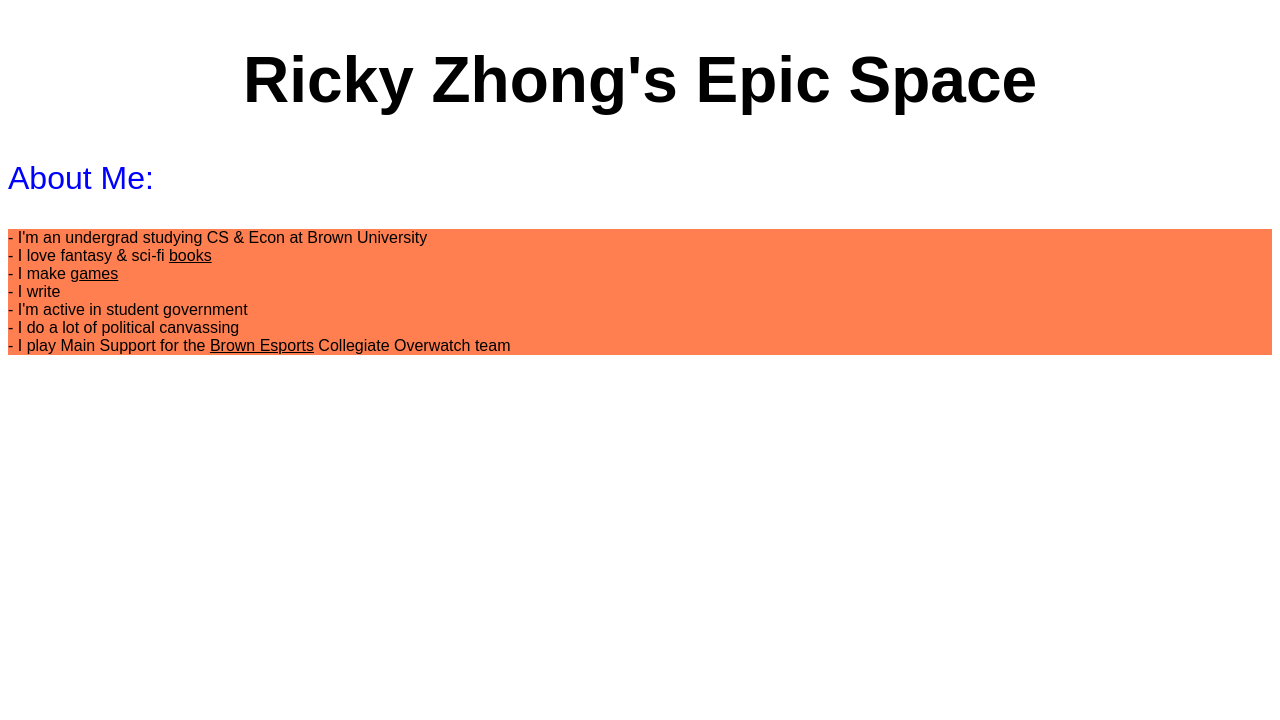
Repository: rickydaricky/rickydaricky.github.io
Page: index.html
These files come from the project's save history. The page is drawn as it stood at one moment and after the next save; the edit follows.
The browser window is 1280 px wide. The pictures show the whole page.

Above is the page before, as saved 2021-11-26 02:44:18.

After the next save:
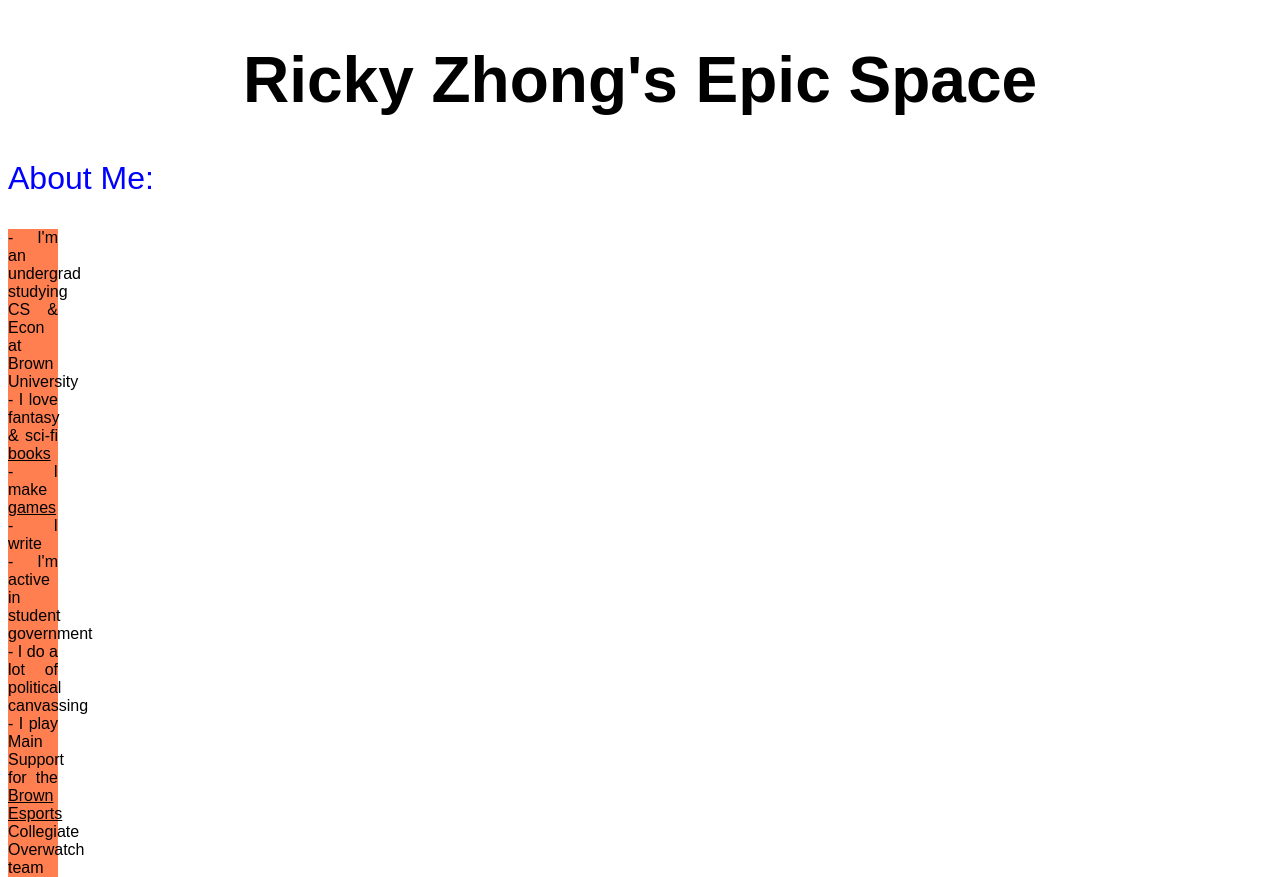
Saved 39 s later.
--- a/index.html
+++ b/index.html
@@ -1,34 +1,36 @@
 <!DOCTYPE html>
 
 <head>
-    <meta charset="UTF-8">
-    <meta name="viewport" content="width=device-width, initial-scale=1.0">
-    <link rel="stylesheet" href="main.css" type="text/css">
-    <title>Homepage</title>
+  <meta charset="UTF-8" />
+  <meta name="viewport" content="width=device-width, initial-scale=1.0" />
+  <link rel="stylesheet" href="main.css" type="text/css" />
+  <title>Homepage</title>
 </head>
 
 <html>
   <body>
     <h1 class="title">Ricky Zhong's Epic Space</h1>
     <p class="about">About Me:</p>
-    <p style="background-color: coral;">
-      - I'm an undergrad studying CS & Econ at Brown University
-      <br />
-      - I love fantasy & sci-fi
-      <a href="https://goodreads.com/rickydaricky">books</a>
-      <br />
-      - I make
-      <a href="https://rickydaricky.itch.io/">games</a>
-      <br />
-      - I write
-      <br />
-      - I'm active in student government
-      <br />
-      - I do a lot of political canvassing
-      <br />
-      - I play Main Support for the
-      <a href="https://brownesports.org/">Brown Esports</a>
-      Collegiate Overwatch team
-    </p>
+    <div class="square">
+      <p style="background-color: coral;">
+        - I'm an undergrad studying CS & Econ at Brown University
+        <br />
+        - I love fantasy & sci-fi
+        <a href="https://goodreads.com/rickydaricky">books</a>
+        <br />
+        - I make
+        <a href="https://rickydaricky.itch.io/">games</a>
+        <br />
+        - I write
+        <br />
+        - I'm active in student government
+        <br />
+        - I do a lot of political canvassing
+        <br />
+        - I play Main Support for the
+        <a href="https://brownesports.org/">Brown Esports</a>
+        Collegiate Overwatch team
+      </p>
+    </div>
   </body>
 </html>
